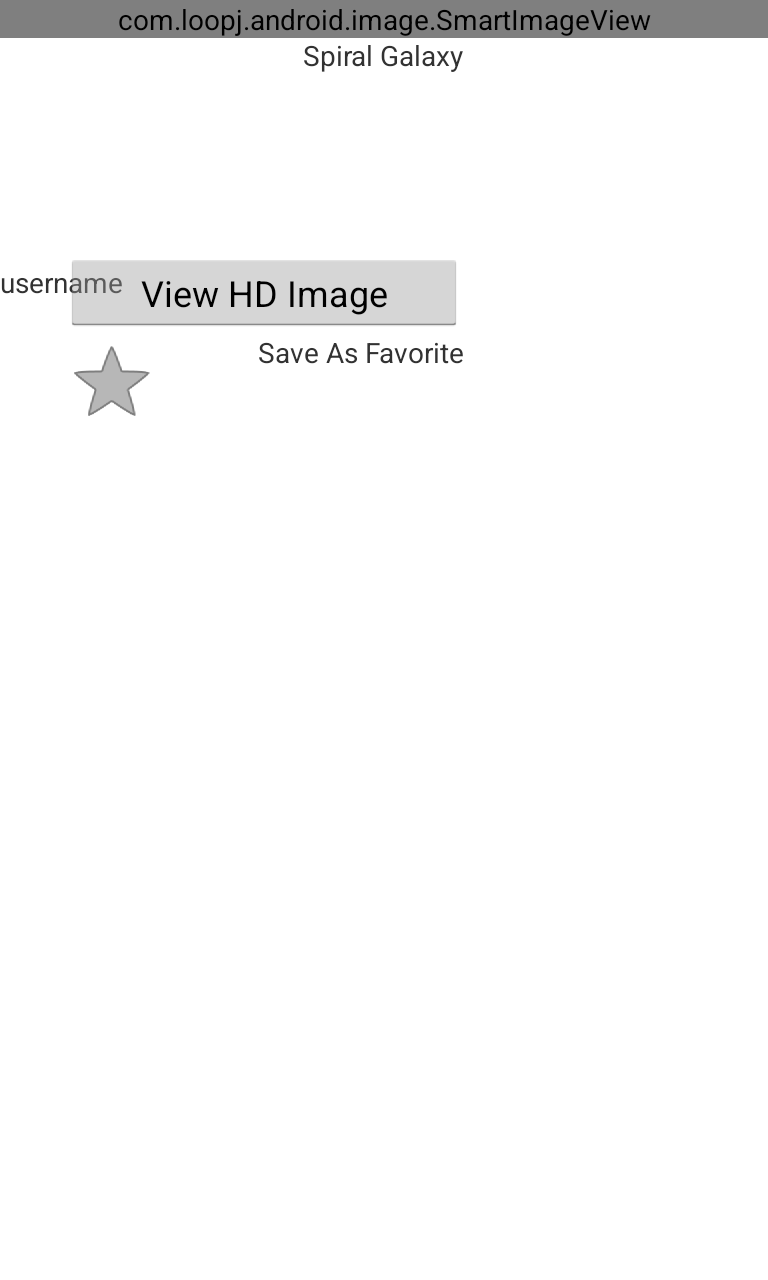
Repository: arianaantonio/Java2_Antonio
Layout: SpaceImageViewer/res/layout/details_activity.xml
These files come from the project's save history. The layout is drawn as it stood at one moment and after the next save; the edit follows.
Pictures or frames that could not be fetched are drawn as grey boxes. It is drawn on a 768 x 1280 px phone screen (xhdpi) without system bars, with theme AppTheme; the app's code is not run.

Above is the layout before, as saved 2014-07-17 05:10:28.

### SpaceImageViewer/res/layout/details_activity.xml
<?xml version="1.0" encoding="utf-8"?>
<RelativeLayout xmlns:android="http://schemas.android.com/apk/res/android"
    android:layout_width="match_parent"
    android:layout_height="match_parent"
    android:orientation="vertical" >

    <TextView
        android:id="@+id/title"
        android:layout_width="wrap_content"
        android:layout_height="wrap_content"
        android:layout_alignParentTop="true"
        android:layout_centerHorizontal="true"
        android:layout_marginTop="18dp"
        android:text="Spiral Galaxy" />

    <LinearLayout
        android:id="@+id/linearLayout1"
        android:layout_width="match_parent"
        android:layout_height="35dp"
        android:layout_alignBottom="@+id/button1"
        android:layout_alignParentRight="true"
        android:orientation="vertical" >

        <TextView
            android:id="@+id/userName"
            android:layout_width="wrap_content"
            android:layout_height="wrap_content"
            android:text="username" />

        <TextView
            android:id="@+id/user"
            android:layout_width="wrap_content"
            android:layout_height="wrap_content"
            android:layout_marginTop="18dp"
            android:text="@string/userString" />

        <TextView
            android:id="@+id/cameraType"
            android:layout_width="wrap_content"
            android:layout_height="wrap_content"
            android:text="cameratype" />

        <TextView
            android:id="@+id/camera"
            android:layout_width="wrap_content"
            android:layout_height="wrap_content"
            android:text="@string/cameraString" />
    </LinearLayout>

    <com.loopj.android.image.SmartImageView
        android:id="@+id/my_image"
        android:layout_width="match_parent"
        android:layout_height="wrap_content"
        android:visibility="visible" />

    <Button
        android:id="@+id/button1"
        android:layout_width="wrap_content"
        android:layout_height="wrap_content"
        android:layout_alignRight="@+id/title"
        android:layout_alignTop="@+id/title"
        android:layout_marginTop="108dp"
        android:minHeight="35dp"
        android:text="@string/HDbutton"
        android:width="200dp" />

    <TextView
        android:id="@+id/textView1"
        android:layout_width="wrap_content"
        android:layout_height="wrap_content"
        android:layout_alignRight="@+id/button1"
        android:layout_below="@+id/linearLayout1"
        android:text="@string/favorite" />

    <RatingBar
        android:id="@+id/ratingBar"
        android:layout_width="wrap_content"
        android:layout_height="wrap_content"
        android:layout_alignLeft="@+id/button1"
        android:layout_alignTop="@+id/textView1"
        android:numStars="1"
        android:rating="0.0"
        android:stepSize="1.0" />

</RelativeLayout>

### SpaceImageViewer/res/values/strings.xml
<?xml version="1.0" encoding="utf-8"?>
<resources>

    <string name="app_name">Space Image Viewer</string>
    <string name="action_settings">Settings</string>
    <string name="textview_text">List of images of spiral galaxies</string>
    <string name="detail_view">Details:</string>
    <string name="Description">Image View</string>
    <color name="Purple">#7F00FF</color>
    <color name="Grey">#D8D8D8</color>
    <color name="Aqua">#99FFFF</color>
    <string name="userString">User:</string>
    <string name="cameraString">Camera:</string>
    <string name="HDbutton">View HD Image</string>
    <string name="detailactivity">Details Activity</string>
    <string name="favorite">Save As Favorite</string>


</resources>

Loaded but not shown: SpaceImageViewer/res/values/styles.xml (common file); SpaceImageViewer/res/values-v11/styles.xml (common file); SpaceImageViewer/res/values-v14/styles.xml (common file)

After the next save:
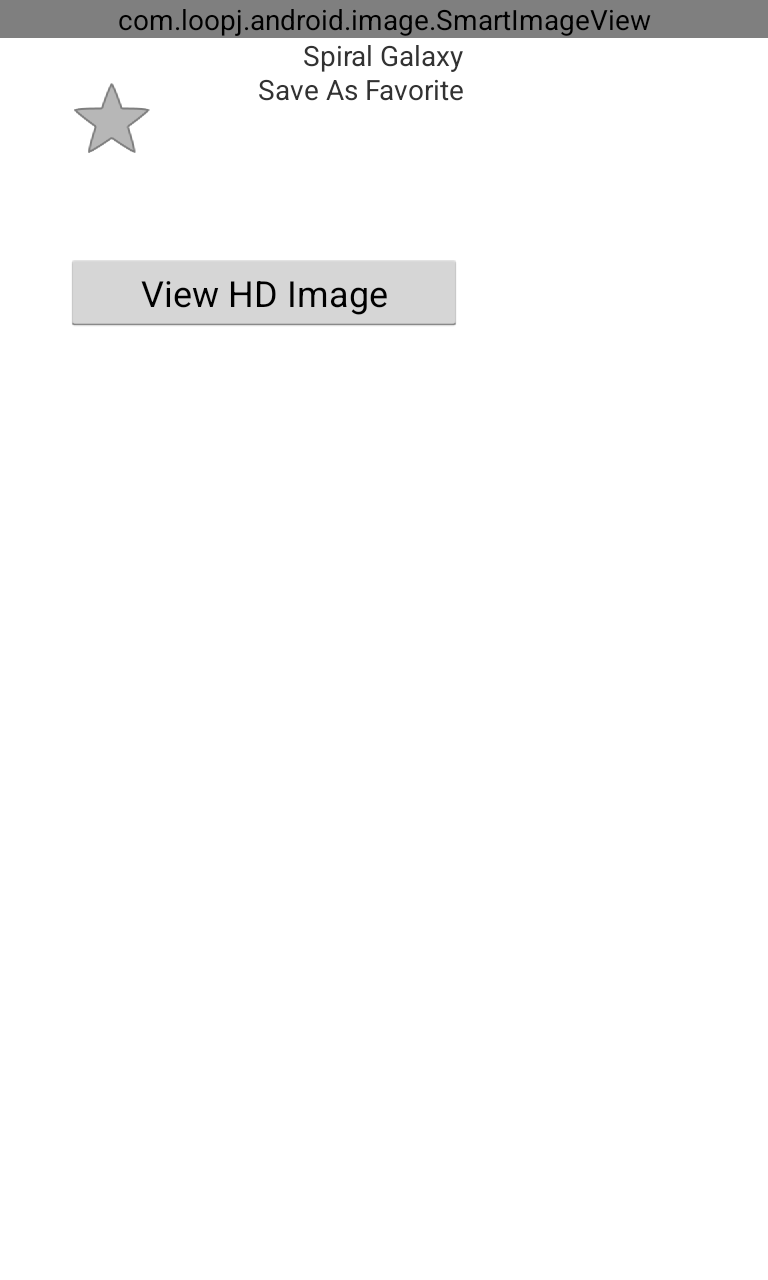
Saved 8 s later.
--- a/SpaceImageViewer/res/layout/details_activity.xml
+++ b/SpaceImageViewer/res/layout/details_activity.xml
@@ -17,7 +17,6 @@
         android:id="@+id/linearLayout1"
         android:layout_width="match_parent"
         android:layout_height="35dp"
-        android:layout_alignBottom="@+id/button1"
         android:layout_alignParentRight="true"
         android:orientation="vertical" >
 
